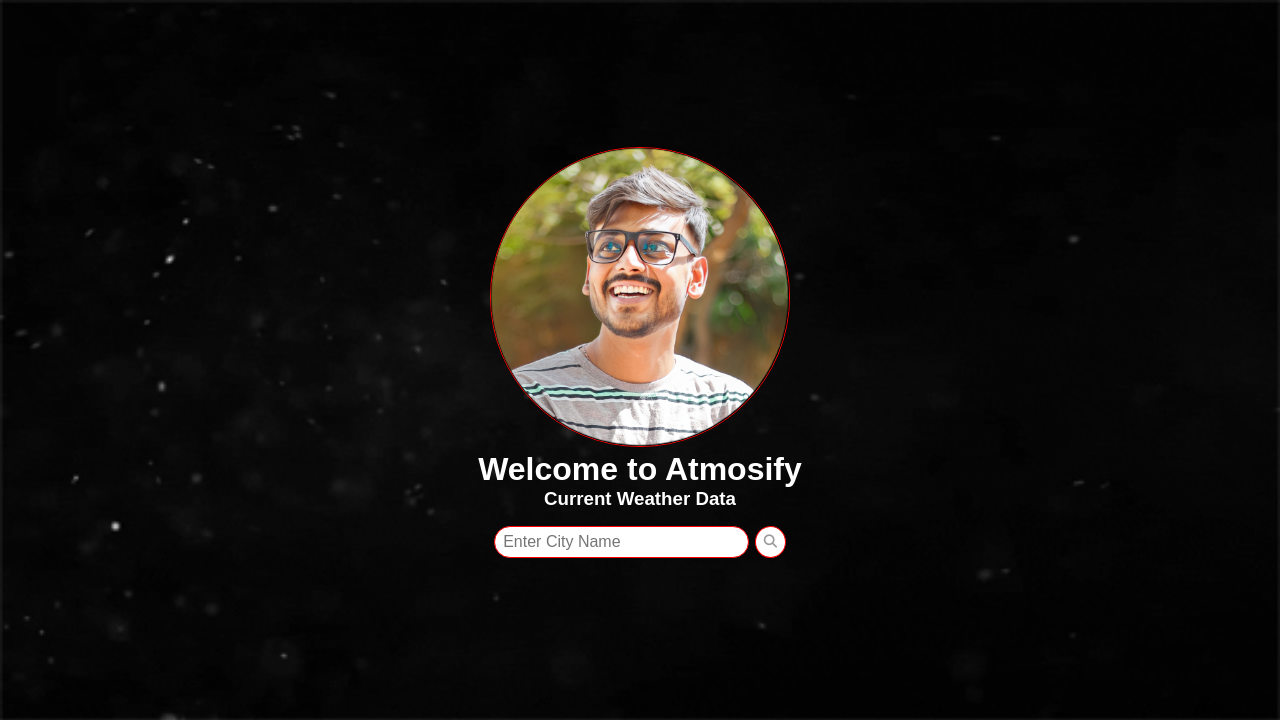
Repository: Kunal062001/Atmosify
Page: http://localhost/Atmosify/
An editor plug-in stored every save of this project. The page is shown before and after the next save, followed by the edit.
The browser window is 1280 px wide. The pictures show the whole page.
The page is served by Tomcat 10.

Above is the page before, as saved 2024-03-01 10:19:39.

After the next save:
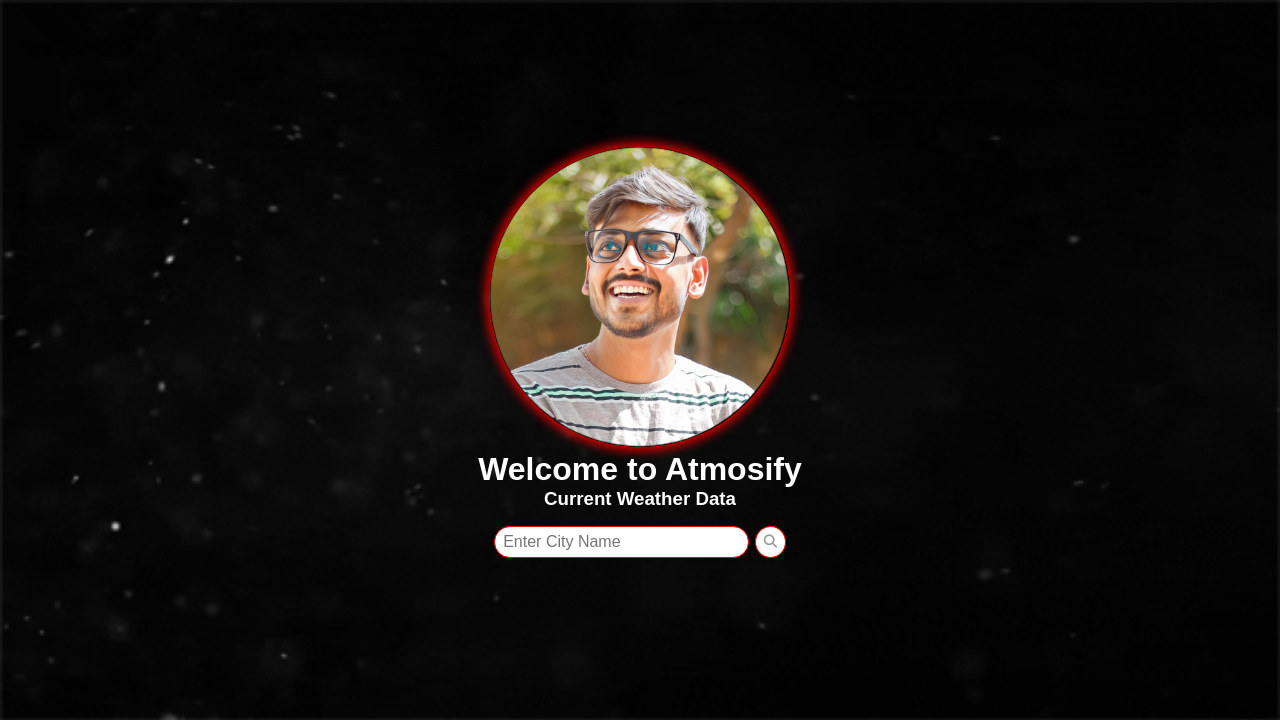
Saved 116 s later.
--- a/Atmosify/src/main/webapp/style.css
+++ b/Atmosify/src/main/webapp/style.css
@@ -27,7 +27,7 @@
 	height: 300px;
 	width: 300px;
 	border-radius: 50%;
-	border: 1px solid red;
+	 box-shadow: 0 0 10px 5px rgba(255, 0, 0, 0.75);
 }
 
 .searchInput {
